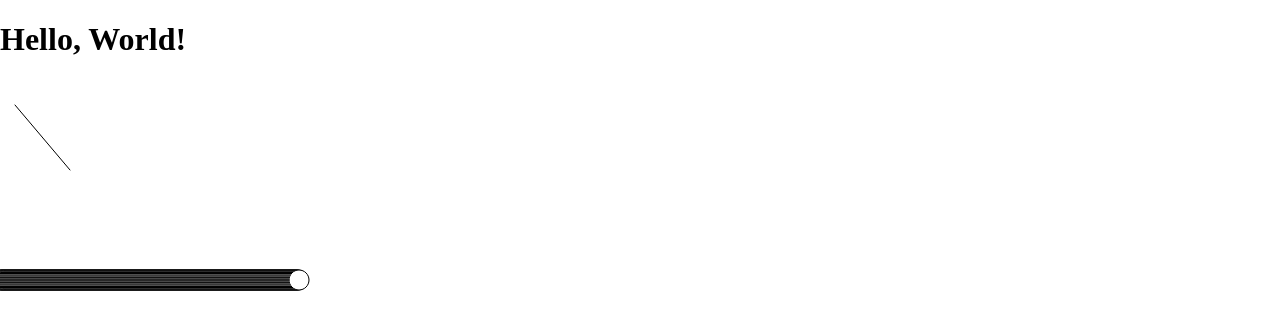
Repository: Charana123/iot
Page: http://localhost/room2
These files come from the project's save history. The page is drawn as it stood at one moment and after the next save; the edit follows.
The browser window is 1280 px wide. The pictures show the whole page.
The page is served by the project's application, run on Flask 3 (app.py).

Above is the page before, as saved 2022-09-15 00:03:22.

### templates/room1.html
<!DOCTYPE html>
<html lang="en">
  <head>
    <title> Flask app </title>
    <link rel="stylesheet" href="/static/styles.css">
    <script src="https://cdnjs.cloudflare.com/ajax/libs/p5.js/1.4.2/p5.min.js"></script>
    <script src="/static/index.js"></script>
  </head>
  <body>
    {% if name %}
        <h1>Hello {{ name }}!</h1>
    {% else %}
        <h1>Hello, World!</h1>
    {% endif %}
  </body>
</html>

### app.py
from flask import Flask, render_template

app = Flask(__name__)

@app.route("/")
def hello_world():
    return "<p>Hello, World!</p>"

@app.route("/room1")
def room1():
    return render_template('room1.html')

@app.route("/room2")
def room2():
    return render_template('room1.html')

### static/styles.css
body{
    padding: 0;
    margin: 0;
}

### static/index.js
let x = 0;

function setup() {
    createCanvas(600, 400);
    line(15, 25, 70, 90);
}


function drawRoom(){

}

function draw() {
  ellipse(x, height/2, 20, 20);
  x = x + 1;
}

### static/base.js
let s = 100;

function setup() {
    createCanvas(600, 400);
    line(15, 25, 70, 90);
}


function drawRoom(x, y){
    line(x-s, y-s, x-s, y+s) // left
    line(x+s, y-s, x+s, y+s) // right
    line(x-s, y+s, x+s, y+s) // up
    line(x-s, y-s, x+s, y-s) // down
    text('0', x, y)
}

function draw() {
  ellipse(x, height/2, 20, 20);
  x = x + 1;
}

After the next save:
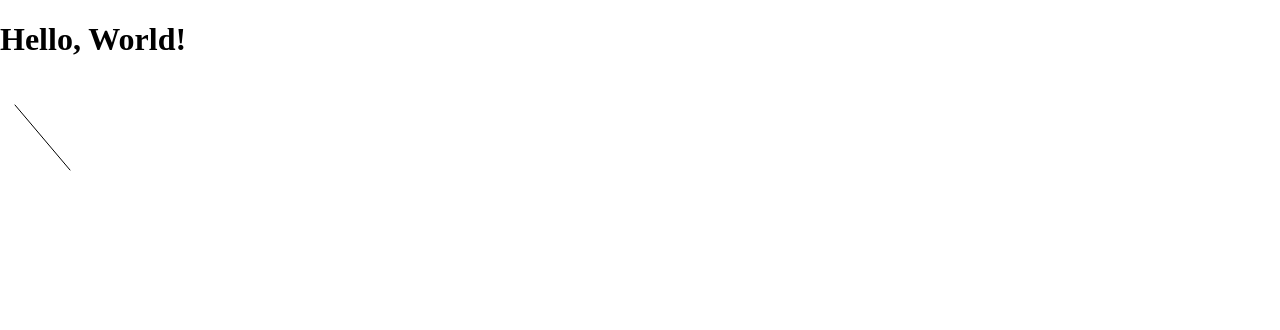
Console error: ReferenceError: x is not defined
Saved 95 s later.
--- a/templates/room1.html
+++ b/templates/room1.html
@@ -4,7 +4,7 @@
     <title> Flask app </title>
     <link rel="stylesheet" href="/static/styles.css">
     <script src="https://cdnjs.cloudflare.com/ajax/libs/p5.js/1.4.2/p5.min.js"></script>
-    <script src="/static/index.js"></script>
+    <script src="/static/base.js"></script>
   </head>
   <body>
     {% if name %}
